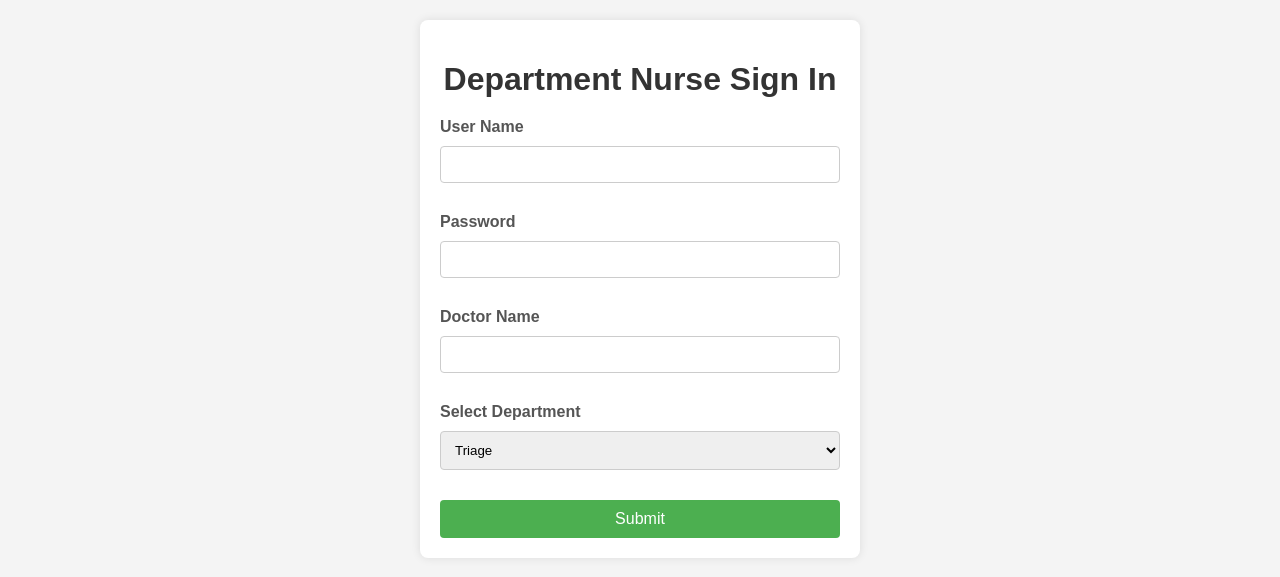
Repository: OmarAl-Saleh/Hospital-Emergency-System
Page: http://localhost/EmergencySystem/department_nurse/sign-in.jsp
These files come from the project's save history. The page is drawn as it stood at one moment and after the next save; the edit follows.
The browser window is 1280 px wide. The pictures show the whole page.
The page is served by Tomcat 9.

Above is the page before, as saved 2024-05-25 20:42:21.

After the next save:
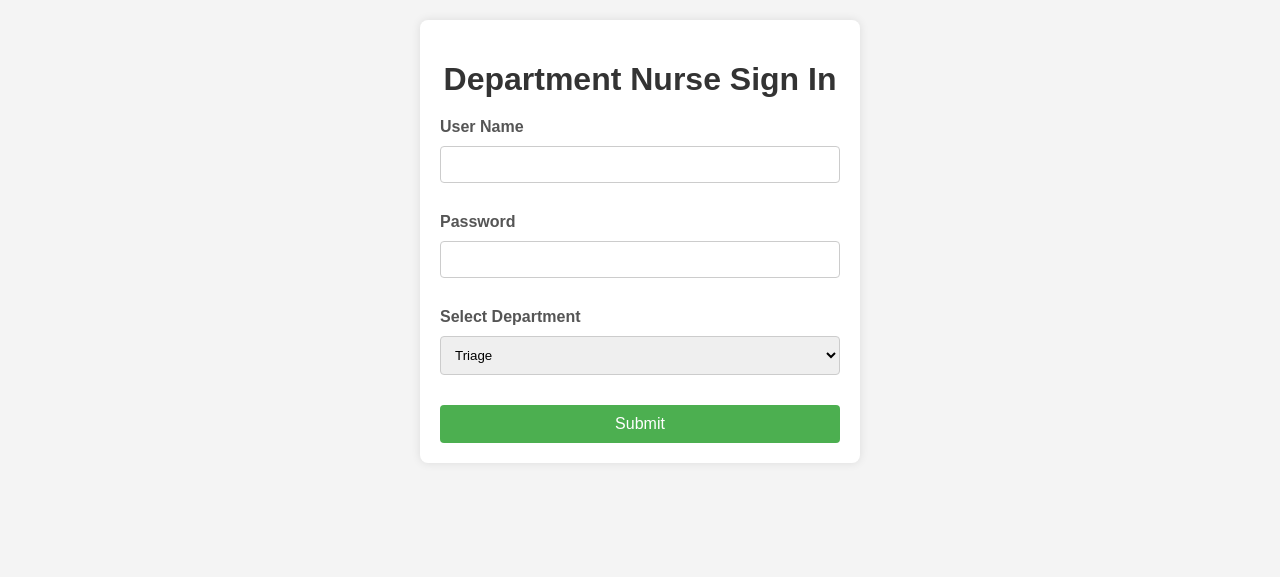
Saved 13 s later.
--- a/EmergencySystem/EmergencySystem/src/main/webapp/department_nurse/sign-in.jsp
+++ b/EmergencySystem/EmergencySystem/src/main/webapp/department_nurse/sign-in.jsp
@@ -84,10 +84,7 @@
         <label for="password">Password</label>
         <input type="password" id="password" name="password" required/>
     </div>
-    <div class="form-group">
-        <label for="doctor">Doctor Name</label>
-        <input type="text" id="doctor" name="doctor" required/>
-    </div>
+
     <div class="form-group">
         <label for="department">Select Department</label>
         <select id="department" name="department" required>
